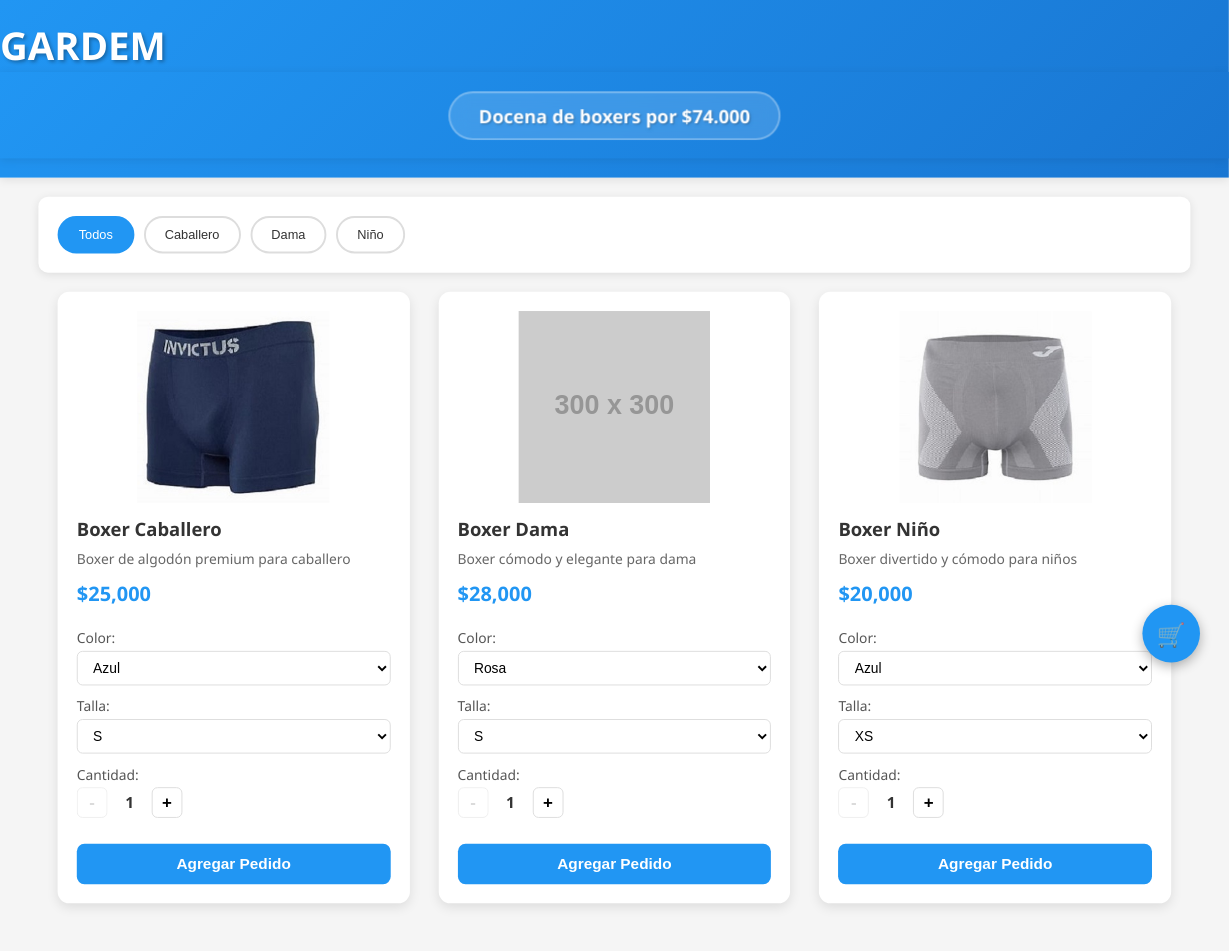
Repository: dasalgar123/gardem_react
Page: /
The author's editor kept a copy of each file at every save. The page is drawn from the files as they stood at one save, then again after the next save.
The browser window is 1280 px wide. The pictures show the whole page, at 96% of full size.
The project was rebuilt for these pictures with package versions that can differ from the ones it lists, and the page was loaded fresh each time.

Above is the page before, as saved 2025-08-02 18:31:10.

After the next save:
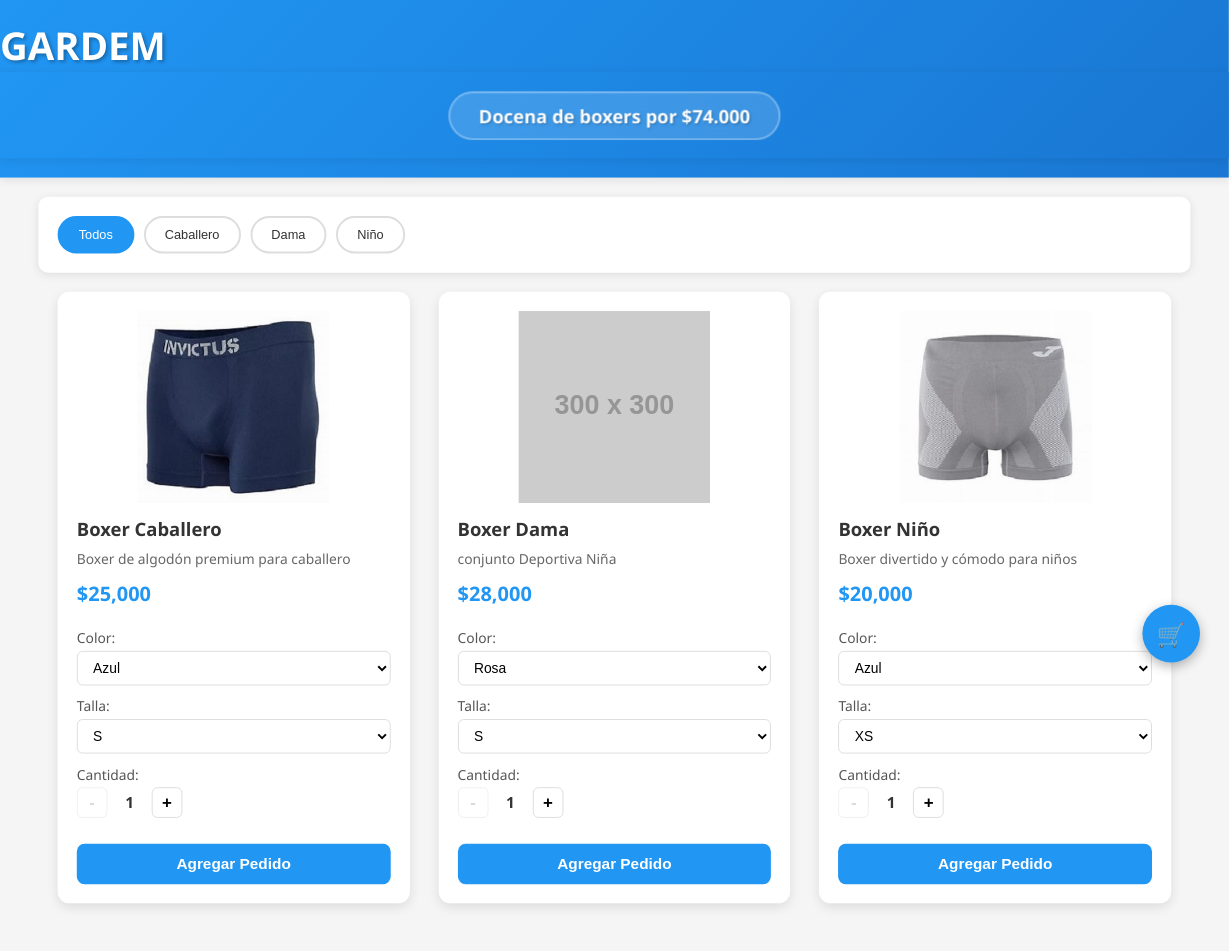
Saved 31 s later.
--- a/src/App.js
+++ b/src/App.js
@@ -30,7 +30,7 @@
     {
       id: 2,
       nombre: "Boxer Dama",
-      descripcion: "Boxer cómodo y elegante para dama",
+      descripcion: "conjunto Deportiva Niña",
       precio: 28000,
       categoria: "dama",
       imagen: "https://via.placeholder.com/300x300/ff6b6b/ffffff?text=Boxer+Dama",
